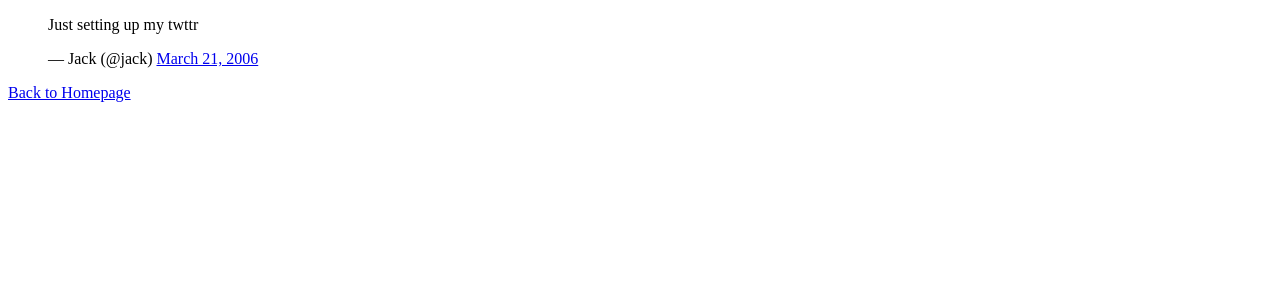
Repository: Patience225/My_First_Portfolio
Page: html_basic/tweets.html
The author's editor kept a copy of each file at every save. The page is drawn from the files as they stood at one save, then again after the next save.
The browser window is 1280 px wide. The pictures show the whole page.

Above is the page before, as saved 2024-12-15 04:16:51.

After the next save:
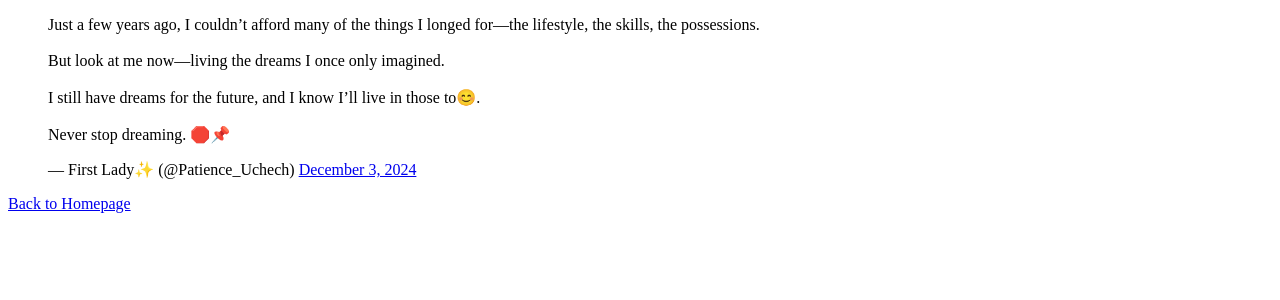
Saved 69 s later.
--- a/html_basic/tweets.html
+++ b/html_basic/tweets.html
@@ -7,10 +7,7 @@
 </head>
 <body>
 
-    <blockquote class="twitter-tweet">
-        <p lang="en" dir="ltr">Just setting up my twttr</p>&mdash; Jack (@jack)
-        <a href="https://twitter.com/jack/status/20">March 21, 2006</a>
-    </blockquote>
+    <blockquote class="twitter-tweet"><p lang="en" dir="ltr">Just a few years ago, I couldn’t afford many of the things I longed for—the lifestyle, the skills, the possessions.<br><br>But look at me now—living the dreams I once only imagined.<br><br>I still have dreams for the future, and I know I’ll live in those to😊.<br><br>Never stop dreaming. 🛑📌</p>&mdash; First Lady✨ (@Patience_Uchech) <a href="https://twitter.com/Patience_Uchech/status/1863800680617541974?ref_src=twsrc%5Etfw">December 3, 2024</a></blockquote> <script async src="https://platform.twitter.com/widgets.js" charset="utf-8"></script>
 
     <!-- Link back to Homepage -->
     <a href="index.html">Back to Homepage</a>
